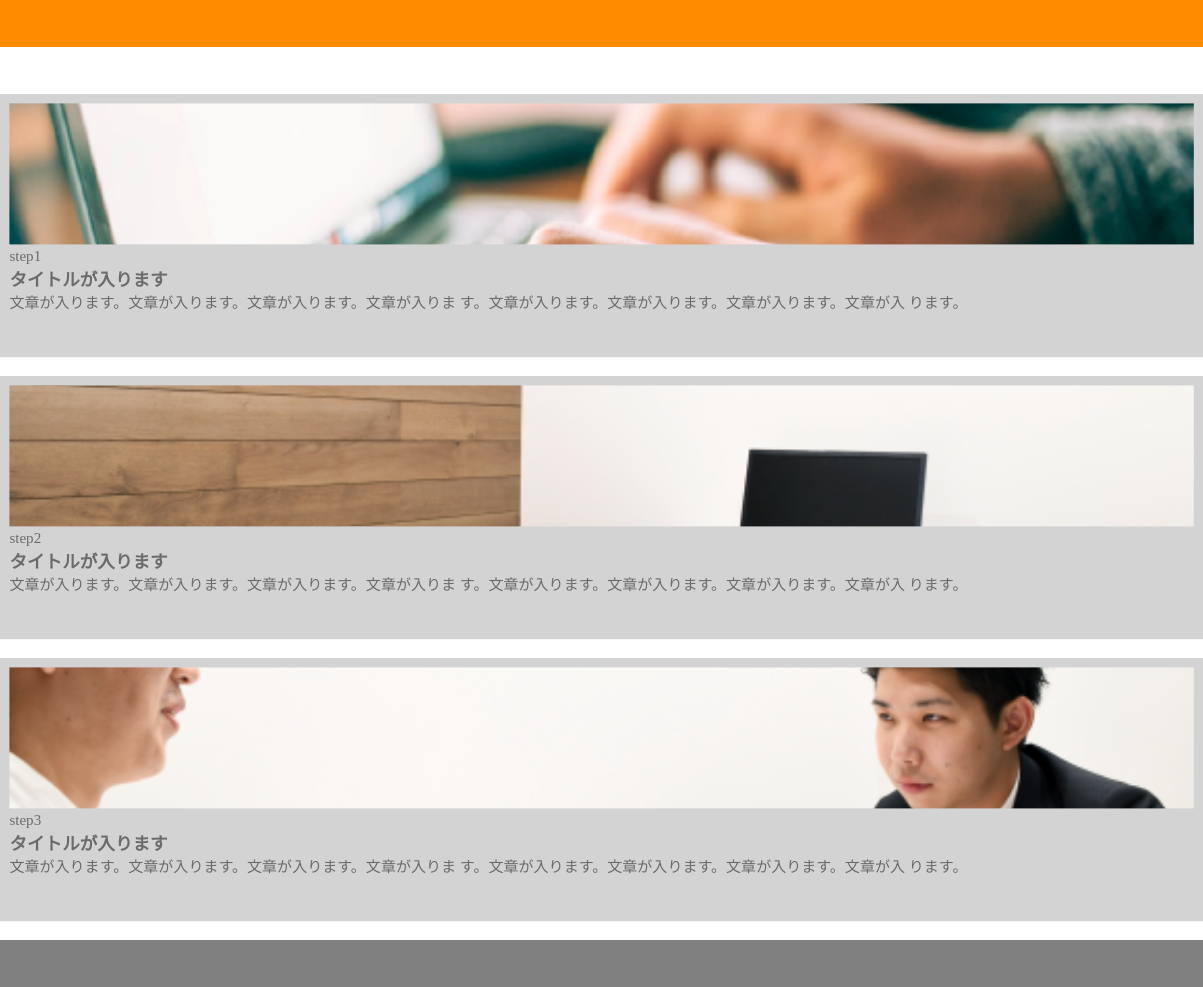
Repository: 220416/kadai1
Page: html/responsive.html
The author's editor kept a record of every edit. The page is drawn from the files as they stood at one moment, then again after the next edit.
The browser window is 1280 px wide. The pictures show the whole page, at 94% of full size.

Above is the page before.

### html/responsive.html
<!DOCTYPE html>
<html lang="ja">
  <head>
    <meta charset="UTF-8" />
    <meta name="viewport" content="width=device-width,initial-scale=1.0">
    <link rel="stylesheet" href="responsive.css" />
    <title>Responsive</title>
  </head>

  <body>
    <div class="container">
    <header></header>

    <main>
    <div class="main-visual">
      <img class="image" src="img/flow01.png">
      <p class="step"> step1 </p>
      <div class="main-visual-content">
        <h3 class ="ain-visual-text">タイトルが入ります</h3>
        <p class="main-visual-text">文章が入ります。文章が入ります。文章が入ります。文章が入りま
        す。文章が入ります。文章が入ります。文章が入ります。文章が入
        ります。</p>
      </div>
    </div>

    <div class="main-visual">
      <img class="image" src="img/flow02.png">
      <p class="step"> step2 </p>
      <div class="main-visual-content">
        <h3 class ="ain-visual-text">タイトルが入ります</h3>
        <p class="main-visual-text">文章が入ります。文章が入ります。文章が入ります。文章が入りま
        す。文章が入ります。文章が入ります。文章が入ります。文章が入
        ります。</p>
      </div>
    </div>

    <div class="main-visual">
      <img class="image" src="img/flow03.png">
      <p class="step"> step3 </p>
      <div class="main-visual-content">
        <h3 class ="ain-visual-text">タイトルが入ります</h3>
        <p class="main-visual-text">文章が入ります。文章が入ります。文章が入ります。文章が入りま
        す。文章が入ります。文章が入ります。文章が入ります。文章が入
        ります。</p>
      </div>
    </div>

    </main>

    <footer></footer>
    </div>
  </body>
</html>

### html/responsive.css
* {
  margin: 0;
  padding: 0;
  box-sizing: border-box;
  color: #6c6b6b;
}

a{
  text-decoration: none;
}

@media screen and (max-width:425px){
 header{
   width:100%;
 }
}

header{
  height: 50px;
  width:100%;
  background-color:#ff8c00;
}

main{
  width:100%;
  padding: 50px 0;
  display: inline-block;
  justify-content:center;
  text-align: left;
}

.main-visual{
  display: inline-block;
  height: 280px;
  width: 100%;
  padding:10px 10px;
  margin-bottom: 20px;
  background-color:#d3d3d3;
  position:relative;
}

.main-visual-text{
  flex-wrap:wrap;
}
.image{
    object-fit: cover;
    width:100%;
    height: 150px;
}

.container {
      position: relative;
      box-sizing: border-box;
}

footer {
      height: 50px;
      width: 100%;
      position: absolute;
      bottom: 0;
      background-color: grey;

}

After the next edit:
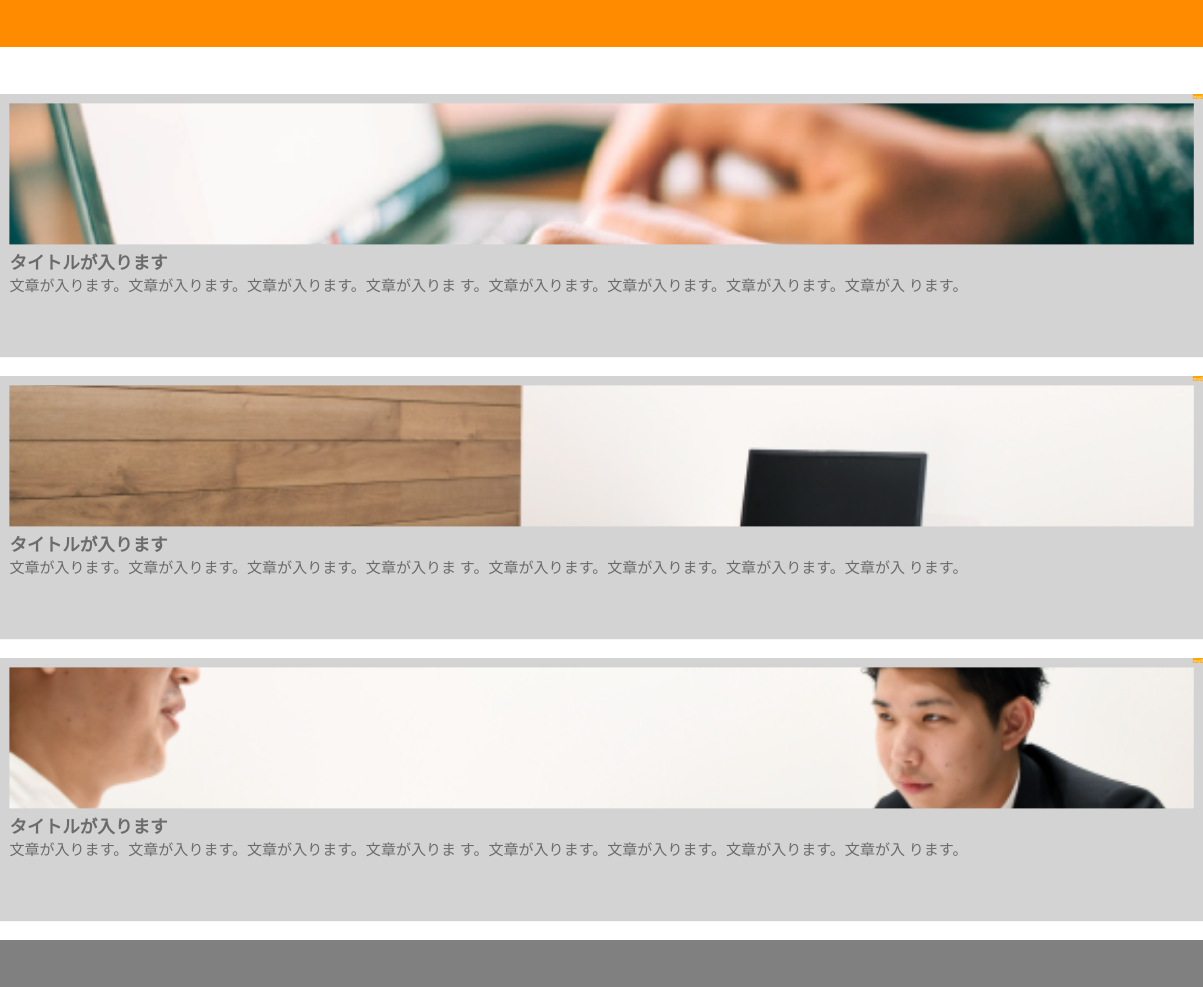
The edit:
--- a/html/responsive.css
+++ b/html/responsive.css
@@ -48,6 +48,15 @@
     height: 150px;
 }
 
+.step{
+  position:absolute;
+  top:0px;
+  right:0px;
+  font-size:5px;
+  color: #fff;
+  background-color:orange;
+}
+
 .container {
       position: relative;
       box-sizing: border-box;
